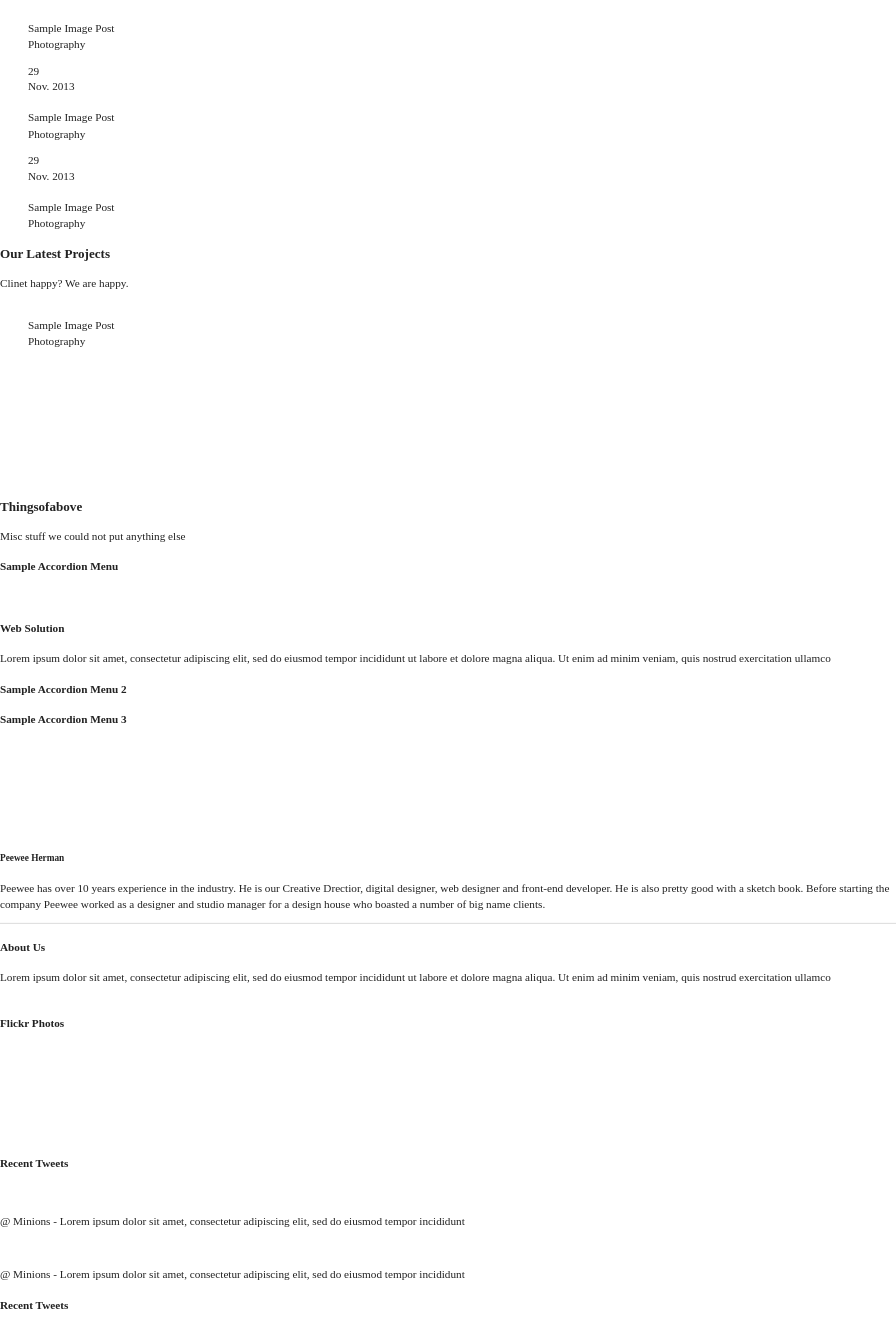
Repository: claudiashin/metrolics
Page: index.html
An editor plug-in stored every save of this project. The page is shown before and after the next save, followed by the edit.
The browser window is 1280 px wide. The pictures show the part of the page from y = 1448 to 3368 px (the page is 3346 px tall before and 3368 px after), at 70% of full size.

Above is the page before, as saved 2021-01-27 16:56:31.

### index.html
<!doctype html>
<html class="no-js" lang="EN">

<head>
  <meta charset="utf-8">
  <title>MDIA 2003 Lab 3</title>
  <meta name="description" content="">
  <meta name="viewport" content="width=device-width, initial-scale=1">

  <link rel="manifest" href="site.webmanifest">
  <link rel="apple-touch-icon" href="icon.png">
  <!-- Place favicon.ico in the root directory -->

  <link rel="stylesheet" href="css/normalize.css">
  <link rel="stylesheet" href="css/main.css">
</head>

<body>
  <header class="page_header">
    <div class="logo">
      <div><h1>Metrolics</h1></div>
      <div class="logoimg"><img src=""></div>
    </div>
  </header>

  <nav class="page_nav">
    <div class="nav_container">
      <div class="nav_icon">
        <div><img src=""></div>
        <a href="">Home</a>
      </div>
      <div class="nav_icon">
        <div><img src=""></div>
        <a href="">Pages</a>
      </div><div class="nav_icon">
        <div><img src=""></div>
        <a href="">Blog</a>
      </div><div class="nav_icon">
        <div><img src=""></div>
        <a href="">Portfolio</a>
      </div><div class="nav_icon">
        <div><img src=""></div>
        <a href="">Home</a>
      </div>
    </div>
  </nav>

  <section class="main_container">
    <div class="hero_img">
      <img src="">
    </div>
    <div class="">
      <h2>Metro Style</h2>
      <h2>Retina Ready</h2>
      <h2>Responsive Design</h2>
    </div>
  </section>

  <section class="main_container">
    <div>
      <h1>Hey Guys! This is the <span class="textcol">Metrolics</span> theme.<br>It sports a responsive layout with a mobile layout.</h1>
    </div>
  </section>

  <section class="main_container">
    <div class="container">
      <h3>Things That We Do</h3>
      <p>Ask us what we can do for you</p>
    </div>
    <div class="container">
      <div class="container_feature">
        <div class="feature_img">
          <img src="">
        </div>
        <div><h4>Web Solutions</h4></div>
        <div><p>We are a fairly small, flexible design studio that designs for print
          and web. We work flexibley with clinets to fulfil their design needs. Whether
          you need to create a brand from scratch, including marketing materials.
        </p></div>
      </div>
    </div>
    <div class="container">
      <div class="container_feature">
        <div class="feature_img">
          <img src="">
        </div>
        <div><h4>Photography</h4></div>
        <div><p>We are a fairly small, flexible design studio that designs for print
          and web. We work flexibley with clinets to fulfil their design needs. Whether
          you need to create a brand from scratch, including marketing materials.
        </p></div>
      </div>
    </div><div class="container">
      <div class="container_feature">
        <div class="feature_img">
          <img src="">
        </div>
        <div><h4>Web Development</h4></div>
        <div><p>We are a fairly small, flexible design studio that designs for print
          and web. We work flexibley with clinets to fulfil their design needs. Whether
          you need to create a brand from scratch, including marketing materials.
        </p></div>
      </div>
    </div><div class="container">
      <div class="container_feature">
        <div class="feature_img">
          <img src="">
        </div>
        <div><h4>Web Design</h4></div>
        <div><p>We are a fairly small, flexible design studio that designs for print
          and web. We work flexibley with clinets to fulfil their design needs. Whether
          you need to create a brand from scratch, including marketing materials.
        </p></div>
      </div>
    </div>
  </section>

  <section class="main_container">
    <div class="container">
      <h3>What's Up Lately?</h3>
      <p>Read up on our latest work</p>
    </div>
    <div class="container">
      <figure>
        <figcaption>29 <br> Nov. 2013</figcaption>
        <img src="" value="">
        <figcaption>Sample Image Post <br> Photography</figcaption>
      </figure>
    </div>
    <div class="container">
      <figure>
        <figcaption>29 <br> Nov. 2013</figcaption>
        <img src="" value="">
        <figcaption>Sample Image Post <br> Photography</figcaption>
      </figure>
    </div>
    <div class="container">
      <figure>
        <figcaption>29 <br> Nov. 2013</figcaption>
        <img src="" value="">
        <figcaption>Sample Image Post <br> Photography</figcaption>
      </figure>
    </div>
  </section>

  <section class="main_container">
    <div class="container">
      <h3>Our Latest Projects </h3>
      <p>Clinet happy? We are happy.</p>
    </div>
    <div class="container">
      <figure>
        <img src="" value="">
        <figcaption>Sample Image Post <br> Photography</figcaption>
      </figure>
    </div>
    <div class="container">
      <figure>
        <img src="" value="">
      </figure>
    </div>
    <div class="container">
      <figure>
        <img src="" value="">
      </figure>
    </div>
    <div class="container">
      <figure>
        <img src="" value="">
      </figure>
    </div>
    <div class="container">
      <figure>
        <img src="" value="">
      </figure>
    </div>
    <div class="container">
      <figure>
        <img src="" value="">
      </figure>
    </div>
  </section>

  <section class="main_container">
    <div class="container">
      <h3>Thingsofabove </h3>
      <p>Misc stuff we could not put anything else</p>
    </div>

    <div class="container">
      <div class="items">
        <h4>Sample Accordion Menu</h4>
      </div>
      <div class="items">
        <div class="items_contents">
          <img src="">
        </div>
        <div class="itmes_contents">
          <h4>Web Solution</h4>
          <p>Lorem ipsum dolor sit amet, consectetur adipiscing elit, sed do eiusmod tempor incididunt
            ut labore et dolore magna aliqua. Ut enim ad minim veniam, quis nostrud exercitation ullamco</p>
        </div>
      </div>
      <div class="items">
        <h4>Sample Accordion Menu 2</h4>
      </div>
      <div class="items">
        <h4>Sample Accordion Menu 3</h4>
      </div>
    </div>

    <div class="container">

    </div>

  </section>

  <section class="main_container">
    <div class="logo_img">
      <img src="">
    </div>
    <div class="logo_img">
      <img src="">
    </div>
    <div class="logo_img">
      <img src="">
    </div>
    <div class="logo_img">
      <img src="">
    </div>
    <div class="logo_img">
      <img src="">
    </div>
  </section>

  <footer>
    <section class="footer_container">
      <div class="avartar">
        <div class="avrtar_img"><img src=""></div>
        <div>
          <h5>Peewee Herman</h5>
          <p>Peewee has over 10 years experience in the industry. He is our Creative Drectior,
            digital designer, web designer and front-end developer. He is also pretty good with a
            sketch book. Before starting the company Peewee worked as a designer and studio manager
            for a design house who boasted a number of big name clients.
          </p>
        </div>
      </div>
    </section>

    <div><hr></div>

    <section class="footer_contaier">
      <div class="info">
        <div class="info_title"><h4>About Us</h4></div>
        <div class="info_contents">Lorem ipsum dolor sit amet, consectetur adipiscing elit, sed do eiusmod tempor incididunt
          ut labore et dolore magna aliqua. Ut enim ad minim veniam, quis nostrud exercitation ullamco</div>
        <div class="info_sns">
          <nav>
            <a href=""><img src=""></a>
            <a href=""><img src=""></a>
            <a href=""><img src=""></a>
            <a href=""><img src=""></a>
            <a href=""><img src=""></a>
          </nav>
        </div>
      </div>
      <div class="info">
        <div class="info_title"><h4>Flickr Photos</h4></div>
        <div class="info_photo">
          <div><img src=""></div>
          <div><img src=""></div>
          <div><img src=""></div>
          <div><img src=""></div>
          <div><img src=""></div>
          <div><img src=""></div>
        </div>
      </div>
      <div class="info">
        <div class="info_title"><h4>Recent Tweets</h4></div>
        <div class="info_tweets">
          <div class="tweet">
            <div><img src=""></div>
            <div><p>@ Minions - Lorem ipsum dolor sit amet, consectetur adipiscing elit, sed do eiusmod tempor incididunt</p></div>
          </div>
          <div class="tweet">
            <div><img src=""></div>
            <div><p>@ Minions - Lorem ipsum dolor sit amet, consectetur adipiscing elit, sed do eiusmod tempor incididunt</p></div>
          </div>
        </div>
      </div>
      <div class="info">
        <div class="info_title"><h4>Recent Tweets</h4></div>
        <div class="info_contents"></div>
      </div>

    </section>
  </footer>
</body>

</html>

### css/main.css
/*! HTML5 Boilerplate v8.0.0 | MIT License | https://html5boilerplate.com/ */

/* main.css 2.1.0 | MIT License | https://github.com/h5bp/main.css#readme */
/*
 * What follows is the result of much research on cross-browser styling.
 * Credit left inline and big thanks to Nicolas Gallagher, Jonathan Neal,
 * Kroc Camen, and the H5BP dev community and team.
 */

/* ==========================================================================
   Base styles: opinionated defaults
   ========================================================================== */

html {
  color: #222;
  font-size: 1em;
  line-height: 1.4;
}

/*
 * Remove text-shadow in selection highlight:
 * https://twitter.com/miketaylr/status/12228805301
 *
 * Vendor-prefixed and regular ::selection selectors cannot be combined:
 * https://stackoverflow.com/a/16982510/7133471
 *
 * Customize the background color to match your design.
 */

::-moz-selection {
  background: #b3d4fc;
  text-shadow: none;
}

::selection {
  background: #b3d4fc;
  text-shadow: none;
}

/*
 * A better looking default horizontal rule
 */

hr {
  display: block;
  height: 1px;
  border: 0;
  border-top: 1px solid #ccc;
  margin: 1em 0;
  padding: 0;
}

/*
 * Remove the gap between audio, canvas, iframes,
 * images, videos and the bottom of their containers:
 * https://github.com/h5bp/html5-boilerplate/issues/440
 */

audio,
canvas,
iframe,
img,
svg,
video {
  vertical-align: middle;
}

/*
 * Remove default fieldset styles.
 */

fieldset {
  border: 0;
  margin: 0;
  padding: 0;
}

/*
 * Allow only vertical resizing of textareas.
 */

textarea {
  resize: vertical;
}

/* ==========================================================================
   Author's custom styles
   ========================================================================== */

/* ==========================================================================
   Helper classes
   ========================================================================== */

/*
 * Hide visually and from screen readers
 */

.hidden,
[hidden] {
  display: none !important;
}

/*
 * Hide only visually, but have it available for screen readers:
 * https://snook.ca/archives/html_and_css/hiding-content-for-accessibility
 *
 * 1. For long content, line feeds are not interpreted as spaces and small width
 *    causes content to wrap 1 word per line:
 *    https://medium.com/@jessebeach/beware-smushed-off-screen-accessible-text-5952a4c2cbfe
 */

.sr-only {
  border: 0;
  clip: rect(0, 0, 0, 0);
  height: 1px;
  margin: -1px;
  overflow: hidden;
  padding: 0;
  position: absolute;
  white-space: nowrap;
  width: 1px;
  /* 1 */
}

/*
 * Extends the .sr-only class to allow the element
 * to be focusable when navigated to via the keyboard:
 * https://www.drupal.org/node/897638
 */

.sr-only.focusable:active,
.sr-only.focusable:focus {
  clip: auto;
  height: auto;
  margin: 0;
  overflow: visible;
  position: static;
  white-space: inherit;
  width: auto;
}

/*
 * Hide visually and from screen readers, but maintain layout
 */

.invisible {
  visibility: hidden;
}

/*
 * Clearfix: contain floats
 *
 * For modern browsers
 * 1. The space content is one way to avoid an Opera bug when the
 *    `contenteditable` attribute is included anywhere else in the document.
 *    Otherwise it causes space to appear at the top and bottom of elements
 *    that receive the `clearfix` class.
 * 2. The use of `table` rather than `block` is only necessary if using
 *    `:before` to contain the top-margins of child elements.
 */

.clearfix::before,
.clearfix::after {
  content: " ";
  display: table;
}

.clearfix::after {
  clear: both;
}

/* ==========================================================================
   EXAMPLE Media Queries for Responsive Design.
   These examples override the primary ('mobile first') styles.
   Modify as content requires.
   ========================================================================== */

@media only screen and (min-width: 35em) {
  /* Style adjustments for viewports that meet the condition */
}

@media print,
  (-webkit-min-device-pixel-ratio: 1.25),
  (min-resolution: 1.25dppx),
  (min-resolution: 120dpi) {
  /* Style adjustments for high resolution devices */
}

/* ==========================================================================
   Print styles.
   Inlined to avoid the additional HTTP request:
   https://www.phpied.com/delay-loading-your-print-css/
   ========================================================================== */

@media print {
  *,
  *::before,
  *::after {
    background: #fff !important;
    color: #000 !important;
    /* Black prints faster */
    box-shadow: none !important;
    text-shadow: none !important;
  }

  a,
  a:visited {
    text-decoration: underline;
  }

  a[href]::after {
    content: " (" attr(href) ")";
  }

  abbr[title]::after {
    content: " (" attr(title) ")";
  }

  /*
   * Don't show links that are fragment identifiers,
   * or use the `javascript:` pseudo protocol
   */
  a[href^="#"]::after,
  a[href^="javascript:"]::after {
    content: "";
  }

  pre {
    white-space: pre-wrap !important;
  }

  pre,
  blockquote {
    border: 1px solid #999;
    page-break-inside: avoid;
  }

  /*
   * Printing Tables:
   * https://web.archive.org/web/20180815150934/http://css-discuss.incutio.com/wiki/Printing_Tables
   */
  thead {
    display: table-header-group;
  }

  tr,
  img {
    page-break-inside: avoid;
  }

  p,
  h2,
  h3 {
    orphans: 3;
    widows: 3;
  }

  h2,
  h3 {
    page-break-after: avoid;
  }
}

Loaded but not shown: css/normalize.css (library)

After the next save:
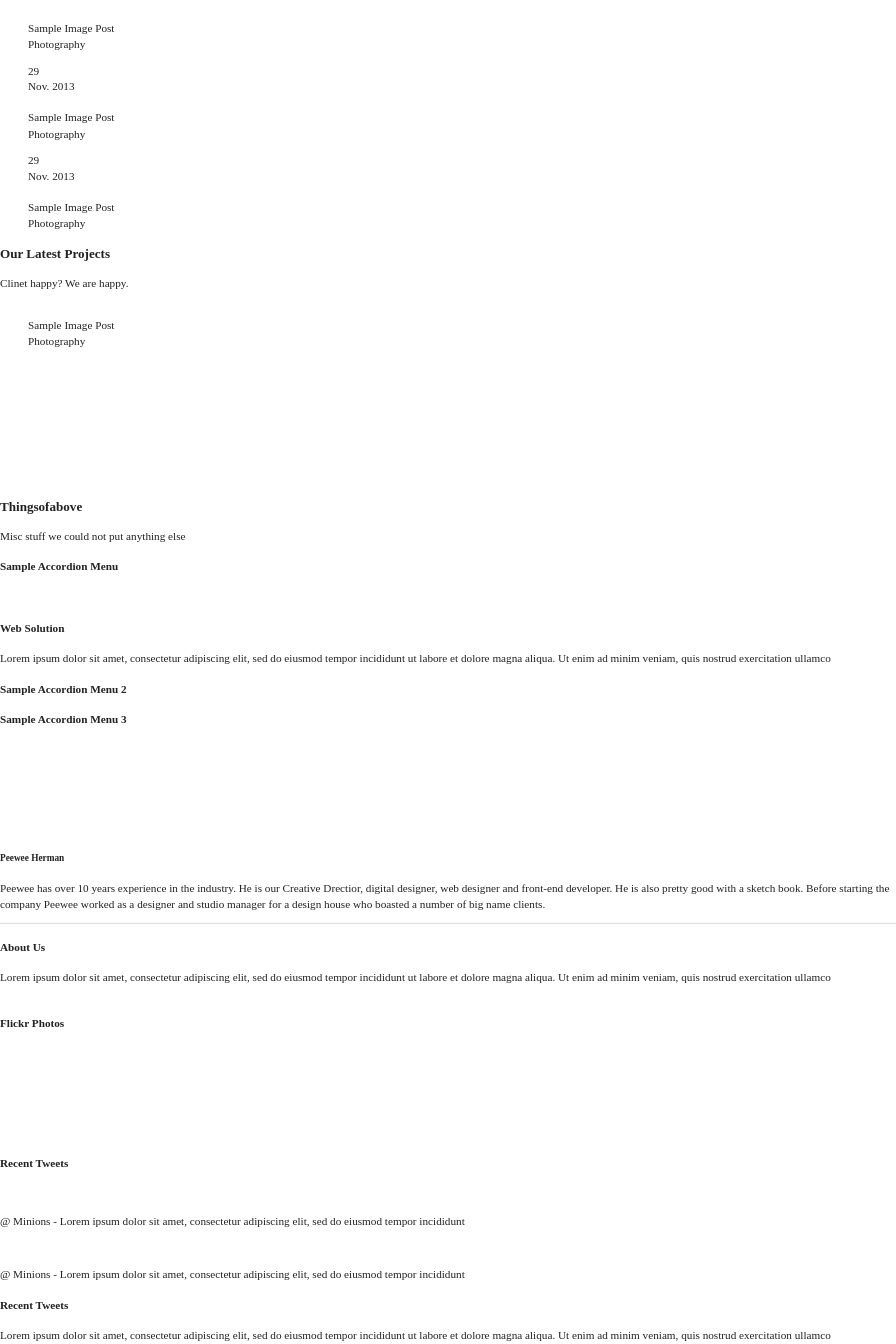
Saved 13 s later.
--- a/index.html
+++ b/index.html
@@ -291,7 +291,8 @@
       </div>
       <div class="info">
         <div class="info_title"><h4>Recent Tweets</h4></div>
-        <div class="info_contents"></div>
+        <div class="info_contents">Lorem ipsum dolor sit amet, consectetur adipiscing elit, sed do eiusmod tempor incididunt
+          ut labore et dolore magna aliqua. Ut enim ad minim veniam, quis nostrud exercitation ullamco</div>
       </div>
 
     </section>
